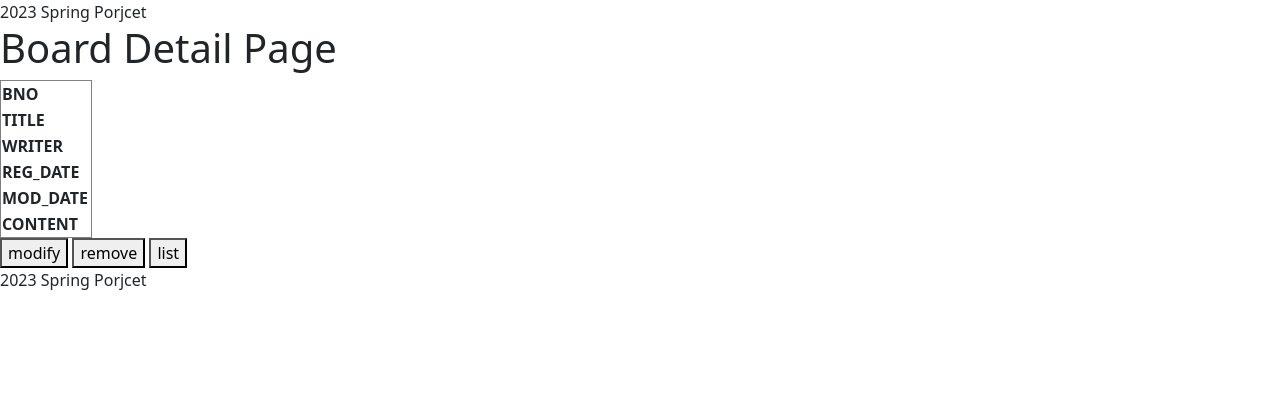
Repository: Leesunghoon1/ezenSpring
Page: http://localhost/spring-Test/WEB-INF/views/board/detail.jsp
These files come from the project's save history. The page is drawn as it stood at one moment and after a run of saves; the edit follows.
The browser window is 1280 px wide. The pictures show the whole page.
The page is served by Tomcat 9. Nobody is signed in. The template is opened directly, without the code that normally fills it, so the values that code supplies are empty.

Above is the page before, as saved 2023-10-05 09:17:37.

After the next 2 saves:
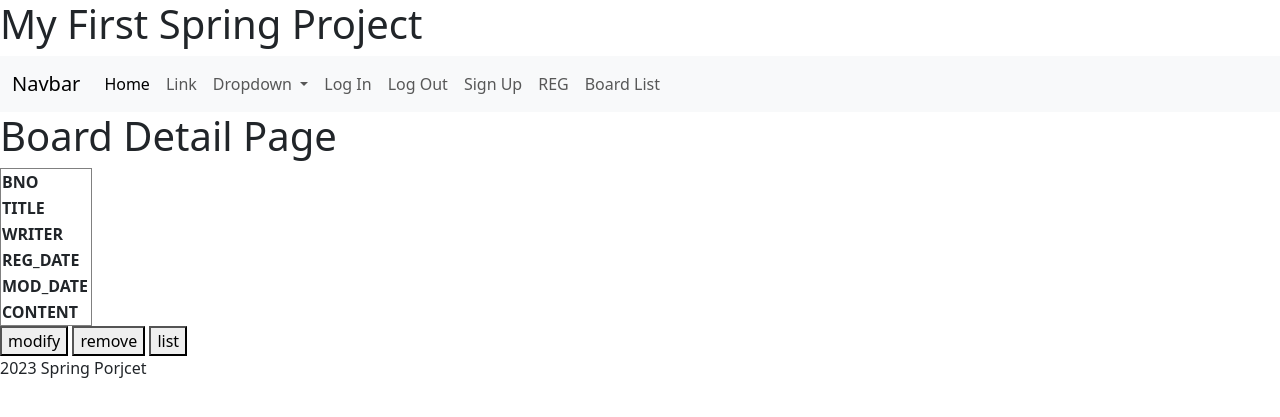
The 2 saves are shown as one change because they came seconds apart.
The last was saved 6 s later.
--- a/spring-Test/src/main/webapp/WEB-INF/views/board/detail.jsp
+++ b/spring-Test/src/main/webapp/WEB-INF/views/board/detail.jsp
@@ -9,7 +9,7 @@
 <link href="https://cdn.jsdelivr.net/npm/bootstrap@5.3.2/dist/css/bootstrap.min.css" rel="stylesheet" integrity="sha384-T3c6CoIi6uLrA9TneNEoa7RxnatzjcDSCmG1MXxSR1GAsXEV/Dwwykc2MPK8M2HN" crossorigin="anonymous">
 <script src="https://cdn.jsdelivr.net/npm/bootstrap@5.3.2/dist/js/bootstrap.bundle.min.js" integrity="sha384-C6RzsynM9kWDrMNeT87bh95OGNyZPhcTNXj1NW7RuBCsyN/o0jlpcV8Qyq46cDfL" crossorigin="anonymous"></script>
 </head>
-<jsp:include page="../layout/footer.jsp"></jsp:include>
+<jsp:include page="../layout/header.jsp"></jsp:include>
 <body>
 <h1>Board Detail Page</h1>
 <table border="1">
